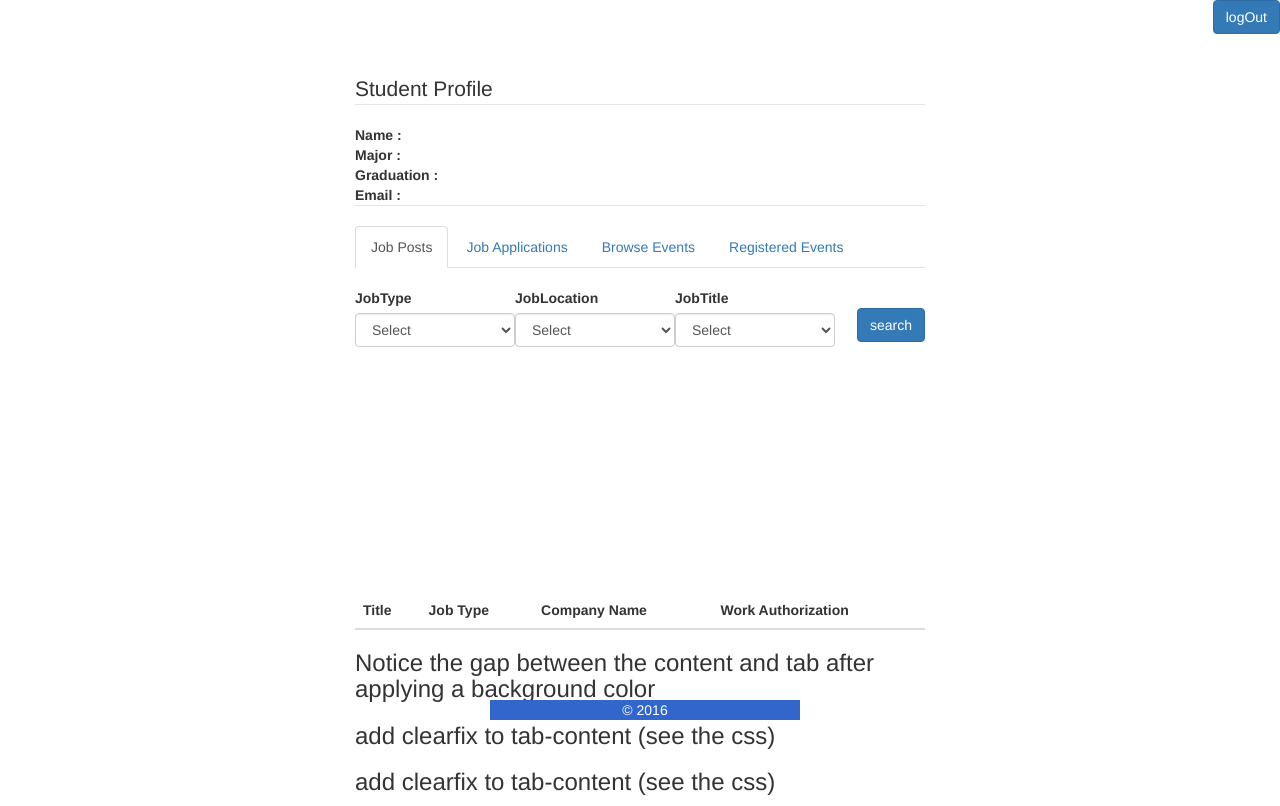
Repository: merlynfrank/AcademicProjects
Page: http://localhost/studenthome
An editor plug-in stored every save of this project. The page is shown before and after the next save, followed by the edit.
The browser window is 1280 px wide. The pictures show the whole page.
The page is this project's Thymeleaf template; nobody is signed in. The template is opened directly, without the code that normally fills it, so the values that code supplies are empty.

Above is the page before, as saved 2018-12-01 20:05:33.

After the next save:
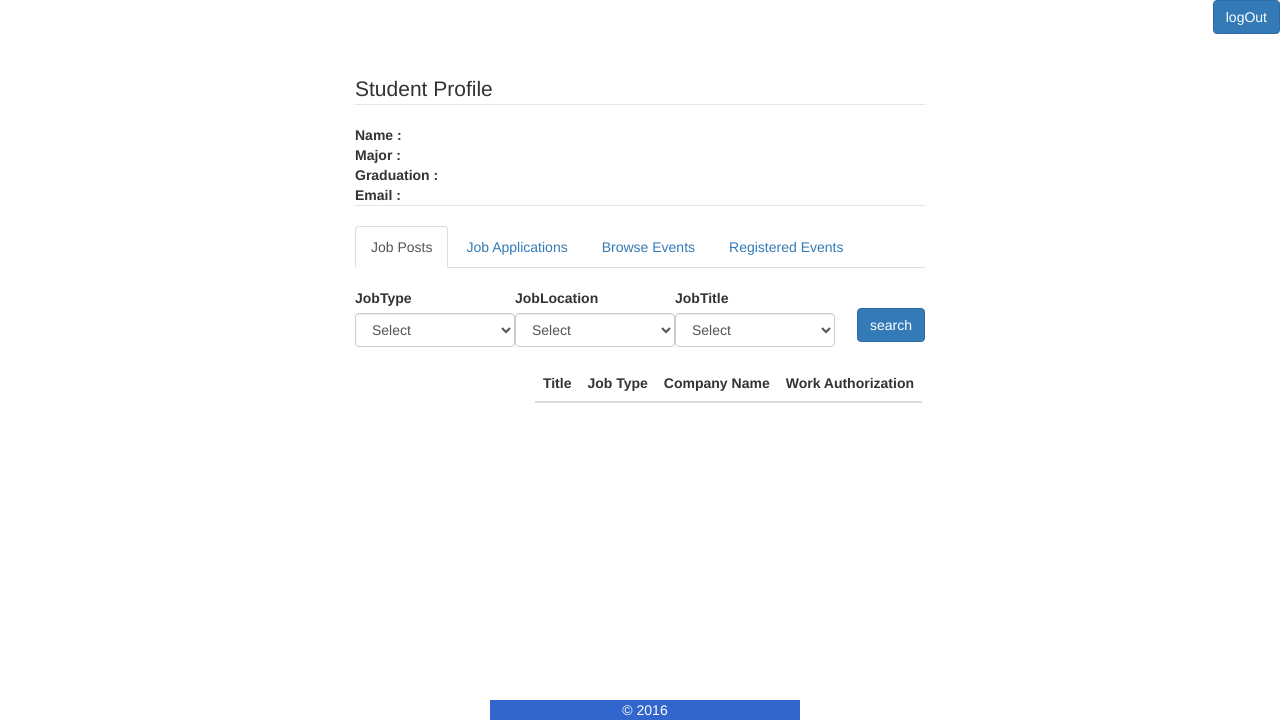
Saved 2 min 1 s later.
--- a/smith-is-internship/src/main/resources/templates/studenthome.html
+++ b/smith-is-internship/src/main/resources/templates/studenthome.html
@@ -136,7 +136,7 @@
 					<!-- onclick="retrieveJobs()" -->
 				</form>
 				<div
-					class="form-elegant FixedHeightContainer Content" style="height: 250px; overflow-y: scroll;"></div><!--FixedHeightContainer Content  -->
+					class="form-elegant FixedHeightContainer Content" style="height: 250px; overflow-y: scroll;"><!--FixedHeightContainer Content  -->
 				<table class="table table-hover table-striped">
 					<thead class="thead-light">
 						<tr>
@@ -168,7 +168,7 @@
 					</div>
 				</table>
 				</div>
-			</div>
+		</div>
 			<div class="tab-pane" id="2">
 				<h3>Notice the gap between the content and tab after applying a
 					background color</h3>
